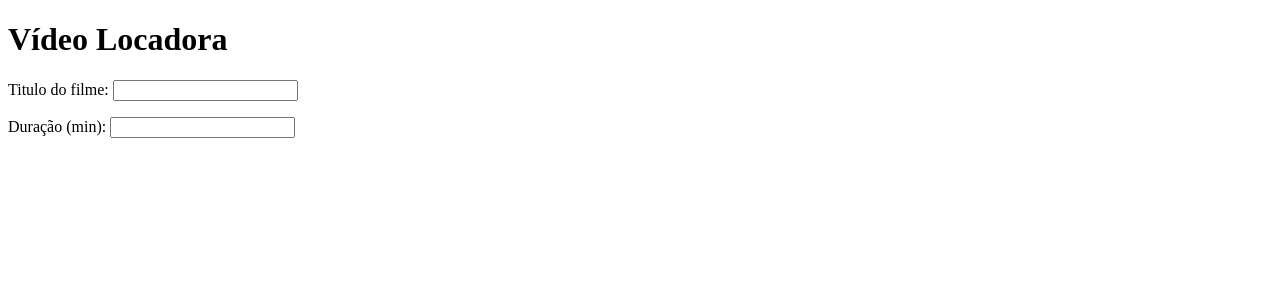
Repository: JhonMercedes/Javascript-book
Page: cap2/ex2_2.html
An editor plug-in stored every save of this project. The page is shown before and after the next save, followed by the edit.
The browser window is 1280 px wide. The pictures show the whole page.

Above is the page before, as saved 2021-12-02 18:37:25.

### cap2/ex2_2.html
<!DOCTYPE html>
<html lang="en">
<head>
    <meta charset="UTF-8">
    <meta http-equiv="X-UA-Compatible" content="IE=edge">
    <meta name="viewport" content="width=device-width, initial-scale=1.0">
    <title>Exemplo 2.2</title>
</head>
<body>
    <h1>Vídeo Locadora</h1>
    <p>Titulo do filme:
        <input type="text" id="nome">
    </p>
    <p>Duração (min):
        <input type="number" id="minutos">
    </p>
</body>
</html>

After the next save:
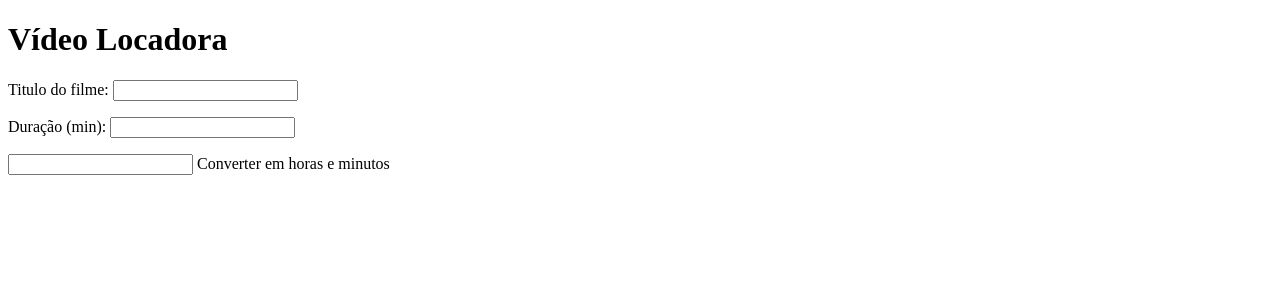
Saved 119 s later.
--- a/cap2/ex2_2.html
+++ b/cap2/ex2_2.html
@@ -14,5 +14,7 @@
     <p>Duração (min):
         <input type="number" id="minutos">
     </p>
+
+    <input type="text" id="converter"> Converter em horas e minutos
 </body>
 </html>
